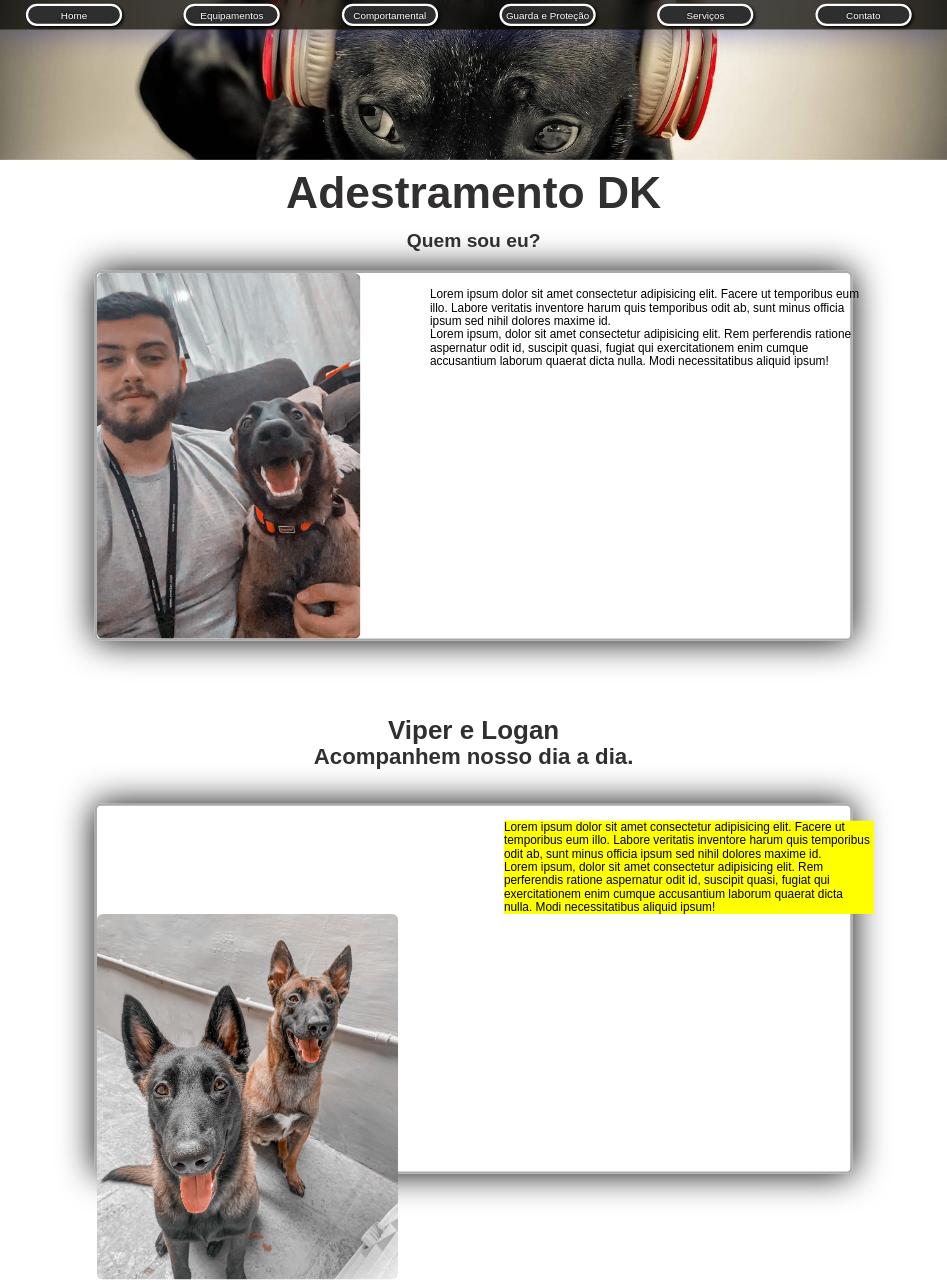
Repository: KevynMarques/Blog-React-StyledComponent
Page: /
An editor plug-in stored every save of this project. The page is shown before and after a run of saves, followed by the edit.
The browser window is 1280 px wide. The pictures show the whole page, at 74% of full size.
The project was rebuilt for these pictures with package versions that can differ from the ones it lists, and the page was loaded fresh each time.

Above is the page before, as saved 2022-02-01 19:10:22.

### src/App.js
import Header from './Components/Header/index'
import Home from './Components/Home';
import Sobre from './Components/Sobre';

import { GlobalStyle } from './GlobalStyle';

function App() {
  return (
    <>
    <Home />
    <Header />
    <Sobre />
    <GlobalStyle/>
    </>
  );
}

export default App;

### src/Components/Header/index.jsx
import { Baner } from "./style";
import Dog from '../Image/Dog.png'

export default () => {

  return (

    <>
      <Baner>
       <img src={Dog} />
     </Baner>
    </>

  );

}

### src/Components/Home/index.jsx
import { Home } from "./Style"

export default () => {
  return (

    <Home>
      <button>Home</button>
      <button>Equipamentos</button>
      <button>Comportamental</button>
      <button>Guarda e Proteção</button>
      <button>Serviços</button>
      <button>Contato</button>
    </Home>
  );
}

### src/Components/Sobre/index.jsx
import { Sobre, Tittle, Dogs} from "./style"
import Foto from '../Image/foto.png'
import LV from '../Image/LV.jpg';

export default () => {
  return (
<>
   <Tittle>
    <h1>Adestramento DK</h1>
      <h2>Quem sou eu?</h2>
    </Tittle>


  <Sobre>
    <section>
    <p>Lorem ipsum dolor sit amet consectetur adipisicing elit. Facere ut temporibus eum illo. Labore veritatis inventore harum quis temporibus odit ab, sunt minus officia ipsum sed nihil dolores maxime id.
      <br></br>
    Lorem ipsum, dolor sit amet consectetur adipisicing elit. Rem perferendis ratione aspernatur odit id, suscipit quasi, fugiat qui exercitationem enim cumque accusantium laborum quaerat dicta nulla. Modi necessitatibus aliquid ipsum!
    </p>
       <div>
        <img src={Foto} />
       </div>
    </section>
  </Sobre>


  <Tittle>
      <h3>Viper e Logan</h3>
      <p>Acompanhem nosso dia a dia.</p>
    </Tittle>

<Dogs>
<section>
    <p>Lorem ipsum dolor sit amet consectetur adipisicing elit. Facere ut temporibus eum illo. Labore veritatis inventore harum quis temporibus odit ab, sunt minus officia ipsum sed nihil dolores maxime id.
      <br></br>
    Lorem ipsum, dolor sit amet consectetur adipisicing elit. Rem perferendis ratione aspernatur odit id, suscipit quasi, fugiat qui exercitationem enim cumque accusantium laborum quaerat dicta nulla. Modi necessitatibus aliquid ipsum!
    </p>
       <div>
        <img src={LV} />
       </div>
    </section>
</Dogs>

</>

  );
}

### src/GlobalStyle.js
import { createGlobalStyle } from 'styled-components';

 export const GlobalStyle = createGlobalStyle`
  * {
    margin: 0;
    padding: 0;
    box-sizing: border-box;
  }
`;

### src/Components/Header/style.jsx
import styled from "styled-components";

export const Baner= styled.div `
  width: 100%;
  height: 30vh;


    img {
    width: 100%;
    height: 100%;
    object-fit: cover;

    }
`;

### src/Components/Home/Style.jsx
import styled from "styled-components";


export const  Home  = styled.div `
     width: 100vw;
     height: 40px;
     margin: 0;
     position: fixed;
     z-index: 99999;
     background: rgba( 0, 0, 0, 0.7 );
     box-shadow: 0 8px 32px 0 rgba( 31, 38, 135, 0.37 );
     backdrop-filter: blur( 7.5px );
     -webkit-backdrop-filter: blur( 7.5px );
     color:white;
     display: flex;
     align-items: center;
     justify-content: center;

     button {
font-family: Arial, Helvetica, sans-serif;
font-style:normal;
color:#ffffff;
background:#2e2e2e;
border:3px solid #ffffff;
text-shadow:0px -1px 3px #000000;
box-shadow:2px 2px 5px #000000;
-moz-box-shadow:2px 2px 5px #000000;
-webkit-box-shadow:2px 2px 5px #000000;
border-radius:25px 25px 25px 25px;
-moz-border-radius:25px 25px 25px 25px;
-webkit-border-radius:25px 25px 25px 25px;
width:130px;
height: 30px;

cursor:pointer;
margin:0 auto;
margin-left: 35px;

}

`;

### src/Components/Sobre/style.jsx
import styled from "styled-components";


export const Tittle = styled.h1`
@import url('https://fonts.googleapis.com/css2?family=Prompt:ital,wght@1,300&display=swap');
color: #312f2f;
font-size: 30px;
font-family: 'Prompt', sans-serif;
text-align: center;
height: 40px;
margin-top: 10px;

      h2 {
      font-size:26px ;
      margin-top: 15px;
      }
`;

export const  Sobre  = styled.section `
  height: 500px;
  border: solid 3px #aaaaaa;
  width: 80vw;
  margin: 100px  10%;
  border-radius: 8px;
  box-shadow: 0 0 3em Black;

  div {
    width: 35%;
    height:494px;
  }

  img {
    object-fit: cover;
    width: 100%;
    height: 100%;
    border-radius: 8px;
  }

p {
    position: absolute;
    width: 600px;
    margin-left: 450px;
    margin-top: 20px;
    font-size: 16px;
    font-family: Arial, Helvetica, sans-serif;
  }
`;



export const  Dogs  = styled.section `
  height: 500px;
  border: solid 3px #aaaaaa;
  width: 80vw;
  margin: 80px  10%;
  border-radius: 8px;
  box-shadow: 0 0 3em Black;

  div {
    width: 40%;
    height:494px;
  mar
  }

  img {
    object-fit: cover;
    width: 100%;
    height: 100%;
    border-radius: 8px;

  }

p {

    width: 500px;
    margin-left: 550px;
    margin-top: 20px;
    font-size: 16px;
    font-family: Arial, Helvetica, sans-serif;
    background-color: yellow;
  }
`;

Loaded but not shown: public/index.html (common file); src/index.js (common file)

After the next 2 saves:
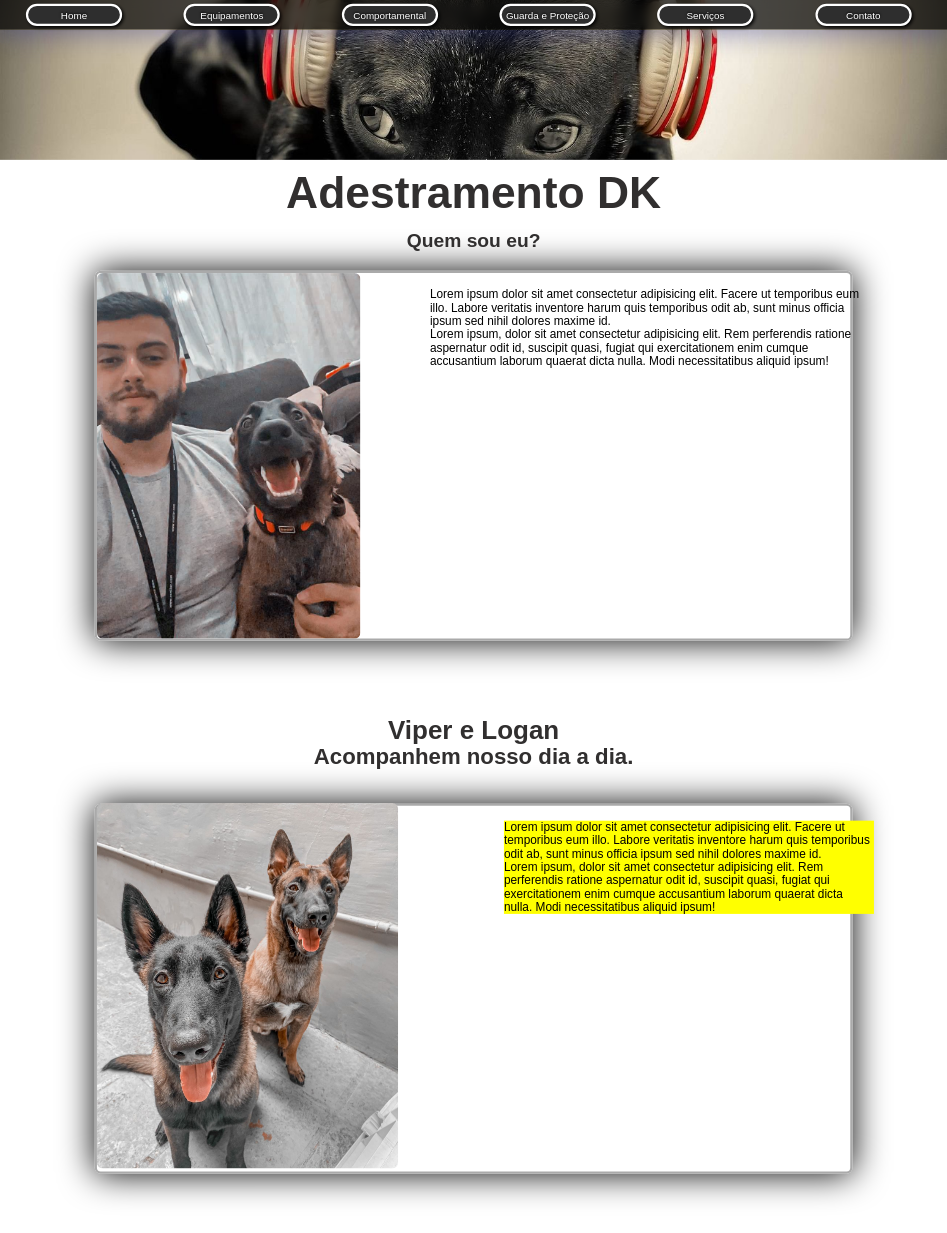
The 2 saves are shown as one change because they came seconds apart.
The last was saved 7 s later.
--- a/src/Components/Sobre/style.jsx
+++ b/src/Components/Sobre/style.jsx
@@ -59,7 +59,7 @@ export const  Dogs  = styled.section `
   div {
     width: 40%;
     height:494px;
-  mar
+  margin-top: -150px;
   }
 
   img {
